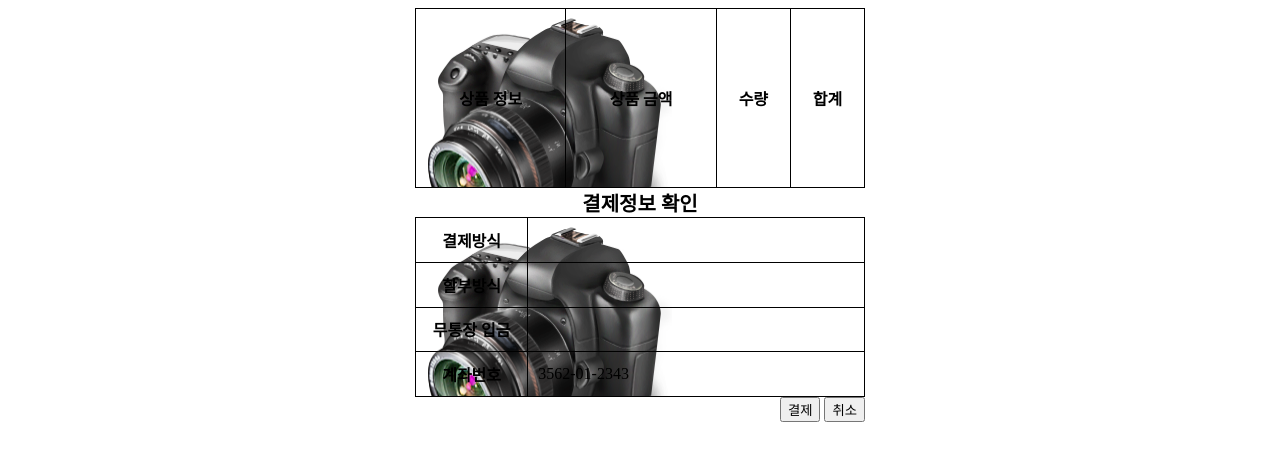
Repository: fellownew/project_workspace
Page: http://localhost/shoppingmall/WEB-INF/view/body/buyer/buyer_order_popup.jsp
An editor plug-in stored every save of this project. The page is shown before and after the next save, followed by the edit.
The browser window is 1280 px wide. The pictures show the whole page.
The page is served by Tomcat 9. Nobody is signed in. The template is opened directly, without the code that normally fills it, so the values that code supplies are empty.

Above is the page before, as saved 2015-06-15 07:56:57.

After the next save:
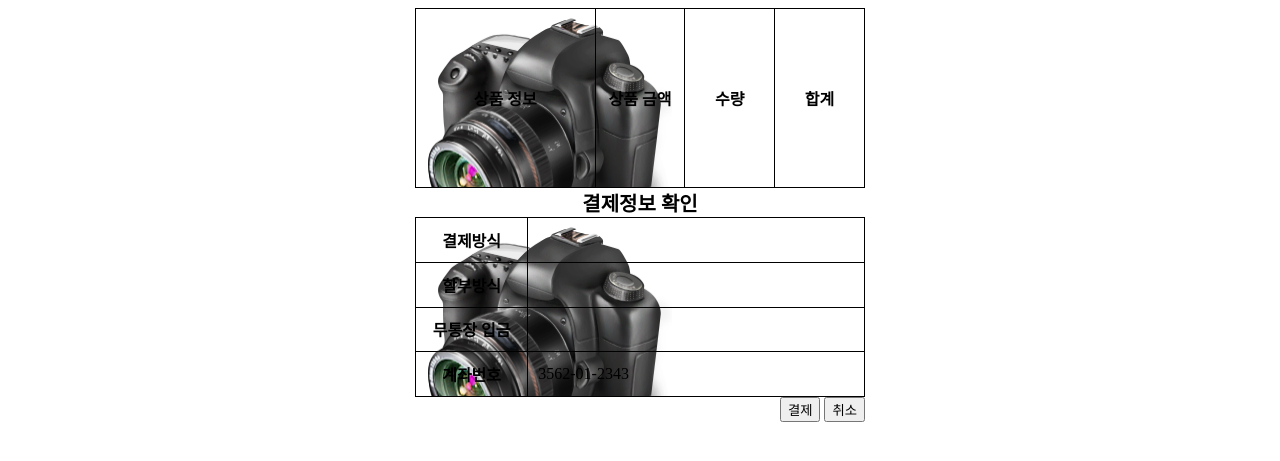
Saved 54 s later.
--- a/shoppingmall/WebContent/WEB-INF/view/body/buyer/buyer_order_popup.jsp
+++ b/shoppingmall/WebContent/WEB-INF/view/body/buyer/buyer_order_popup.jsp
@@ -46,10 +46,10 @@ table, td, th {
 <body>
 <table class="center">
 	<colgroup>
-		<col width="">
-		<col width="">
-		<col width="">
-		<col width="">
+		<col width="40">
+		<col width="20">
+		<col width="20">
+		<col width="20">
 	</colgroup>
 			<thead>
 			<tr>
